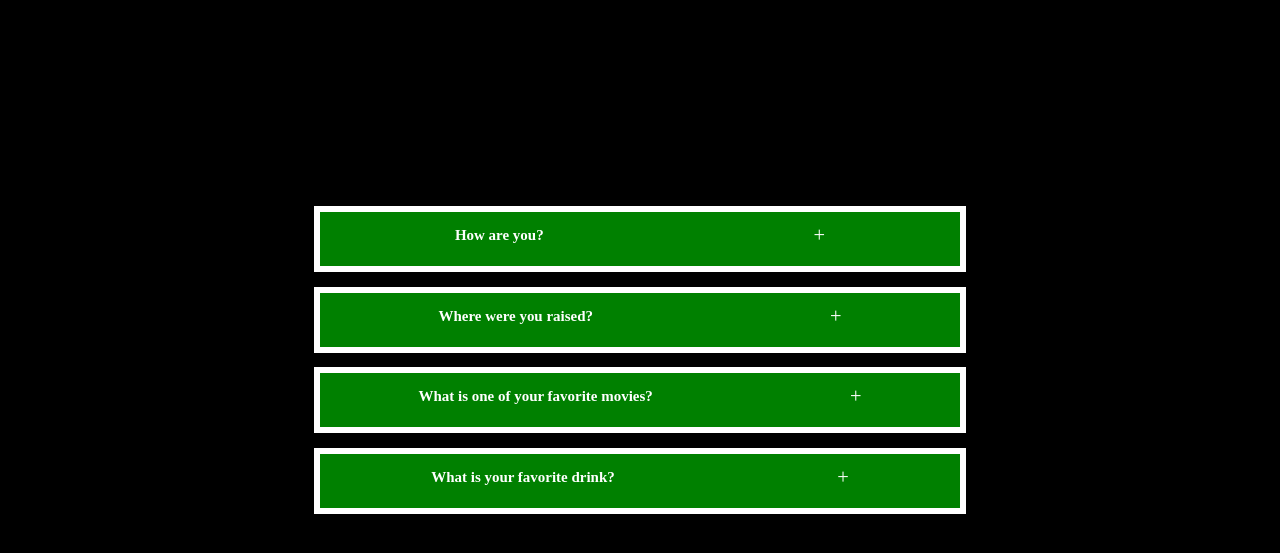
Repository: kosenijr/react-projects
Page: / (app in accordion/)
These files come from the project's save history. The page is drawn as it stood at one moment and after the next save; the edit follows.
The browser window is 1280 px wide. The pictures show the whole page.
The project was rebuilt for these pictures with package versions that can differ from the ones it lists, and the page was loaded fresh each time.

Above is the page before, as saved 2024-03-02 23:18:57.

After the next save:
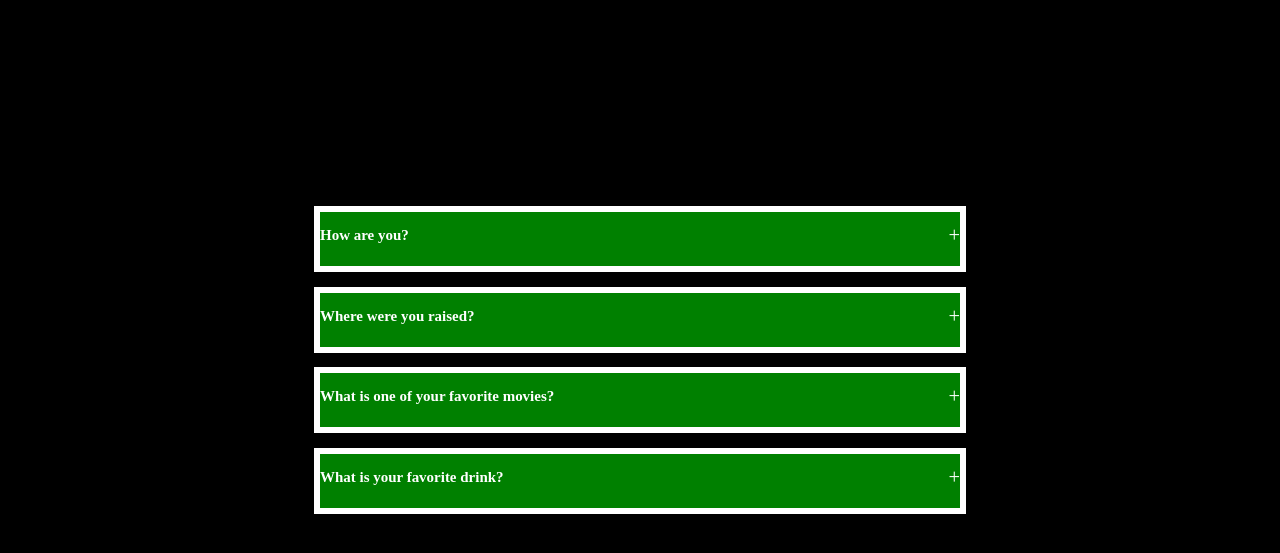
Saved 10 s later.
--- a/accordion/src/styles/SingleSelection.css
+++ b/accordion/src/styles/SingleSelection.css
@@ -22,7 +22,7 @@
 
 .title {
   display: flex;
-  justify-content: space-around;
+  justify-content: space-between;
   align-items: center;
 }
 
